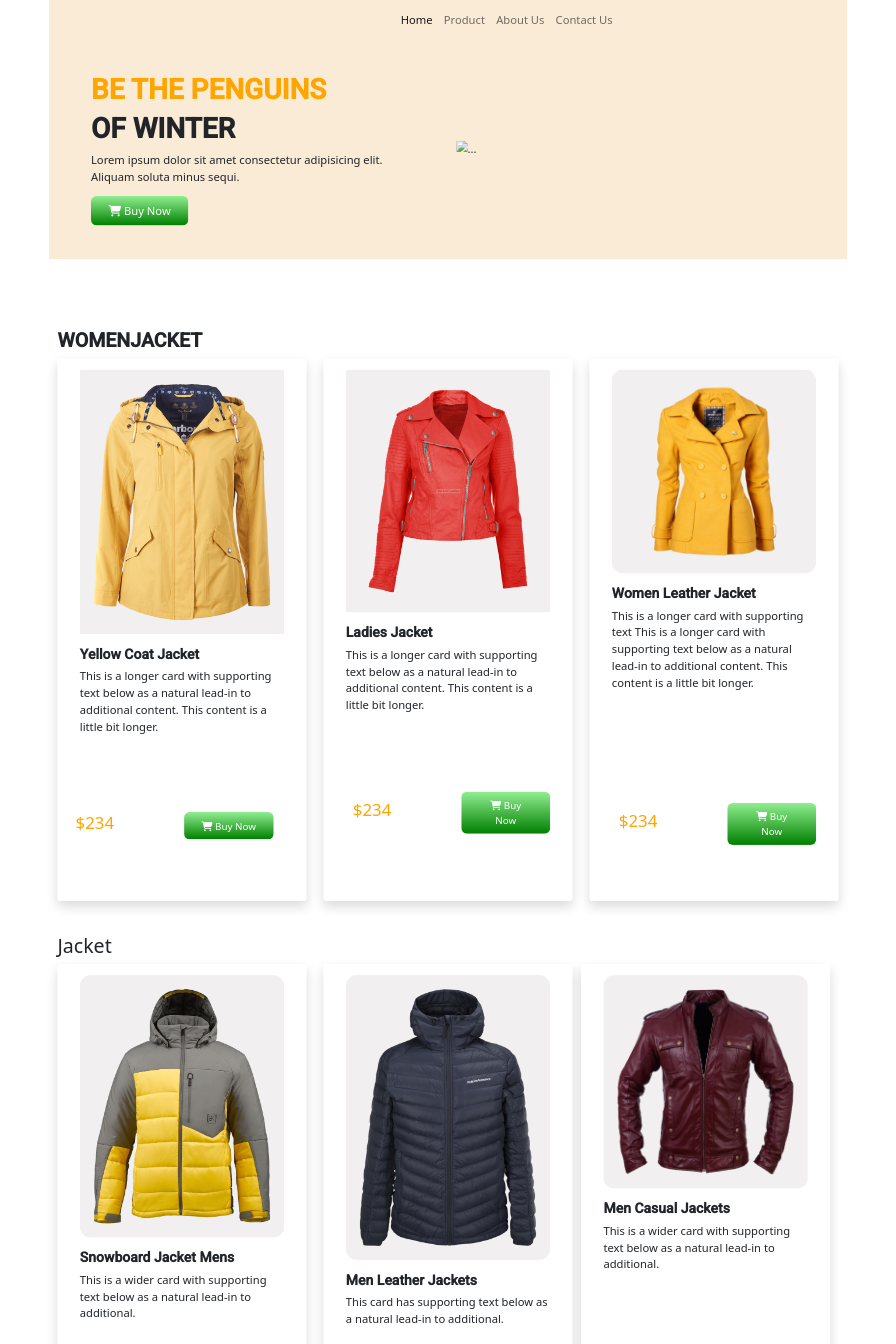
Repository: omarhasnain/assignment-two
Page: index.html
The author's editor kept a copy of each file at every save. The page is drawn from the files as they stood at one save, then again after the next save.
The browser window is 1280 px wide. The pictures show the part of the page from y = 0 to 1920 px (the page is 3231 px tall before and 3234 px after), at 70% of full size.
Some web libraries are served in a nearby version.

Above is the page before, as saved 2021-01-15 18:27:28.
Not found: image/icon/Group 33072.png
Not found: images/image/green.png

After the next save:
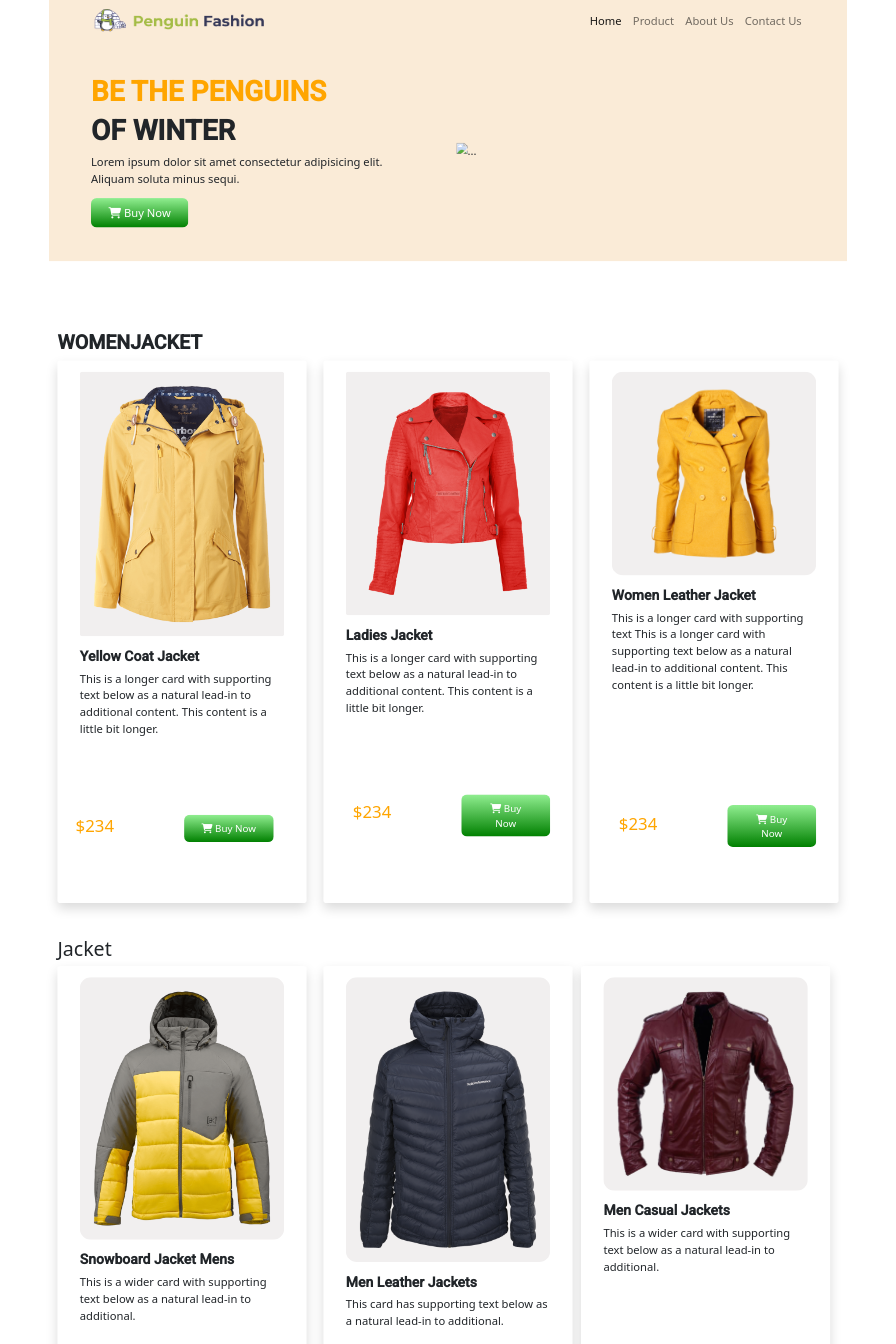
Saved 11 s later.
--- a/index.html
+++ b/index.html
@@ -16,7 +16,7 @@
     <header class="container">
         <nav class="navbar navbar-expand-lg navbar-light ">
             <div class="container-fluid">
-                <a class="navbar-brand" href="#"><img src="image/icon/Group 33072.png" alt=""></a>
+                <a class="navbar-brand" href="#"><img src="icon/Group 33072.png" alt=""></a>
                 <button class="navbar-toggler" type="button" data-bs-toggle="collapse"
                     data-bs-target="#navbarNavAltMarkup" aria-controls="navbarNavAltMarkup" aria-expanded="false"
                     aria-label="Toggle navigation">
